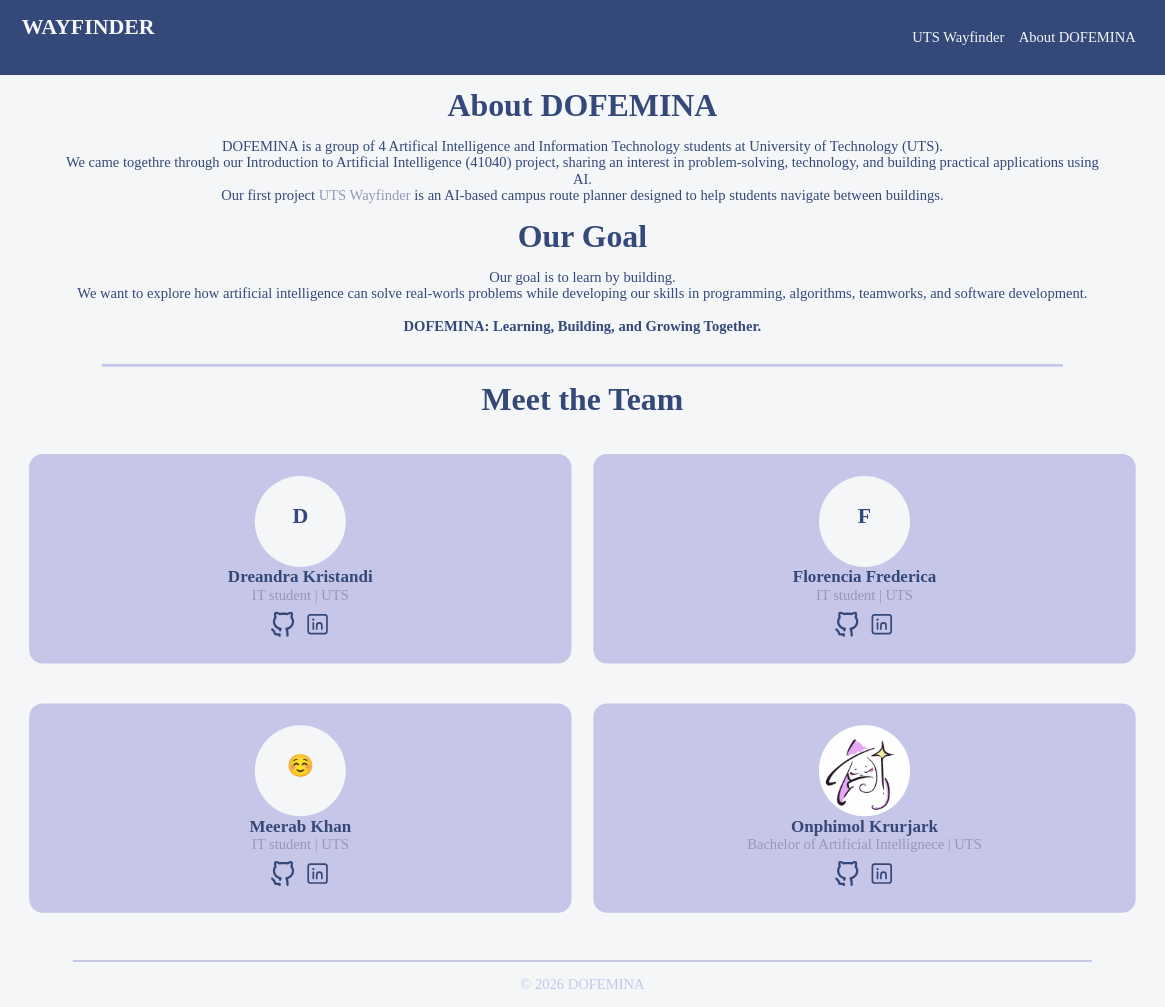
Repository: Meerab-K/uts-wayfinder
Page: html/about.html
The author's editor kept a copy of each file at every save. The page is drawn from the files as they stood at one save, then again after the next save.
The browser window is 1280 px wide. The pictures show the whole page, at 91% of full size.
Some web fonts or font styles are not loaded; a fallback is used.

Above is the page before, as saved 2026-10-19 22:18:48.

After the next save:
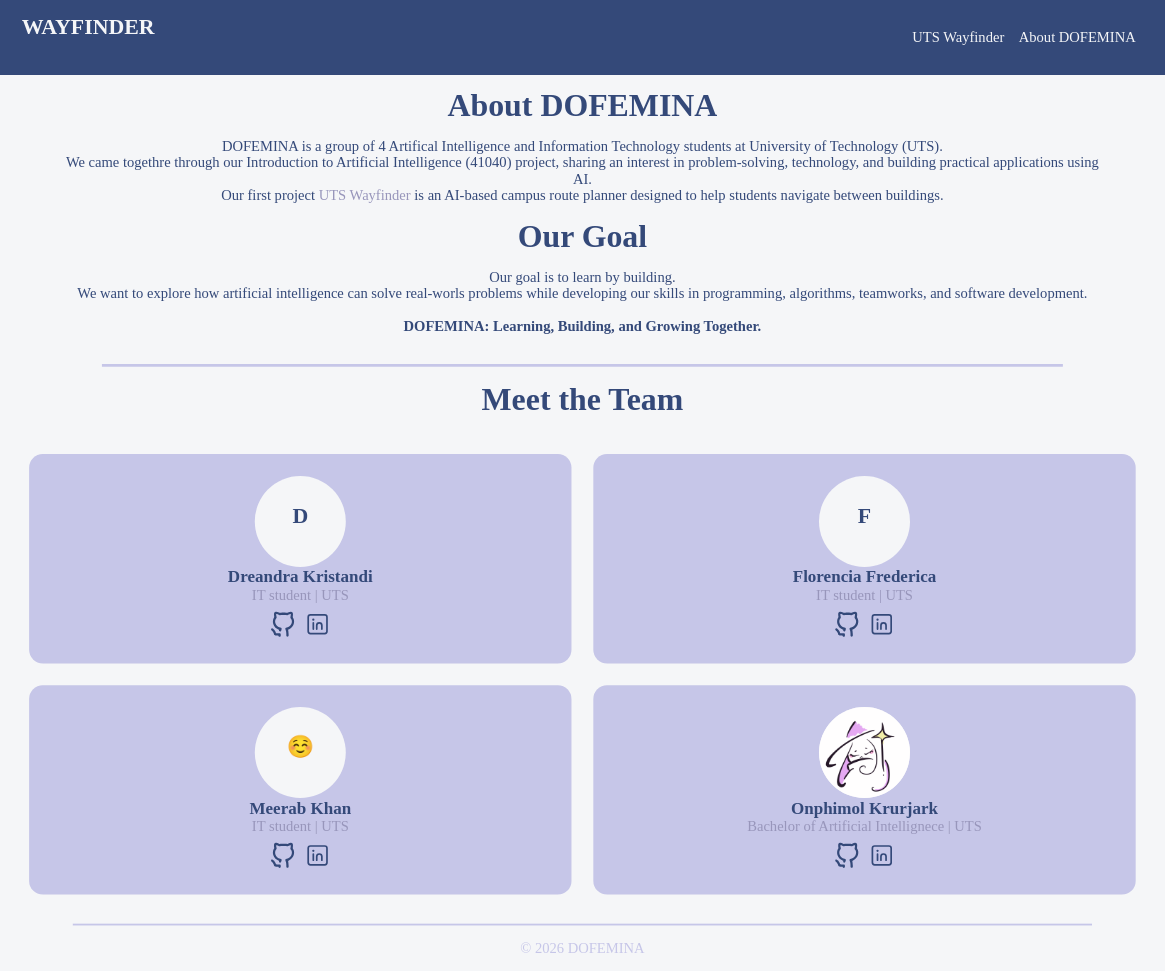
Saved 28 s later.
--- a/css/about.css
+++ b/css/about.css
@@ -40,7 +40,7 @@
     max-width: 600px;
     box-sizing: border-box;
 
-    margin: 0 auto 20px;
+    margin: 0 auto;
 
     display: flex;
     flex-direction: column;

After the save that followed:
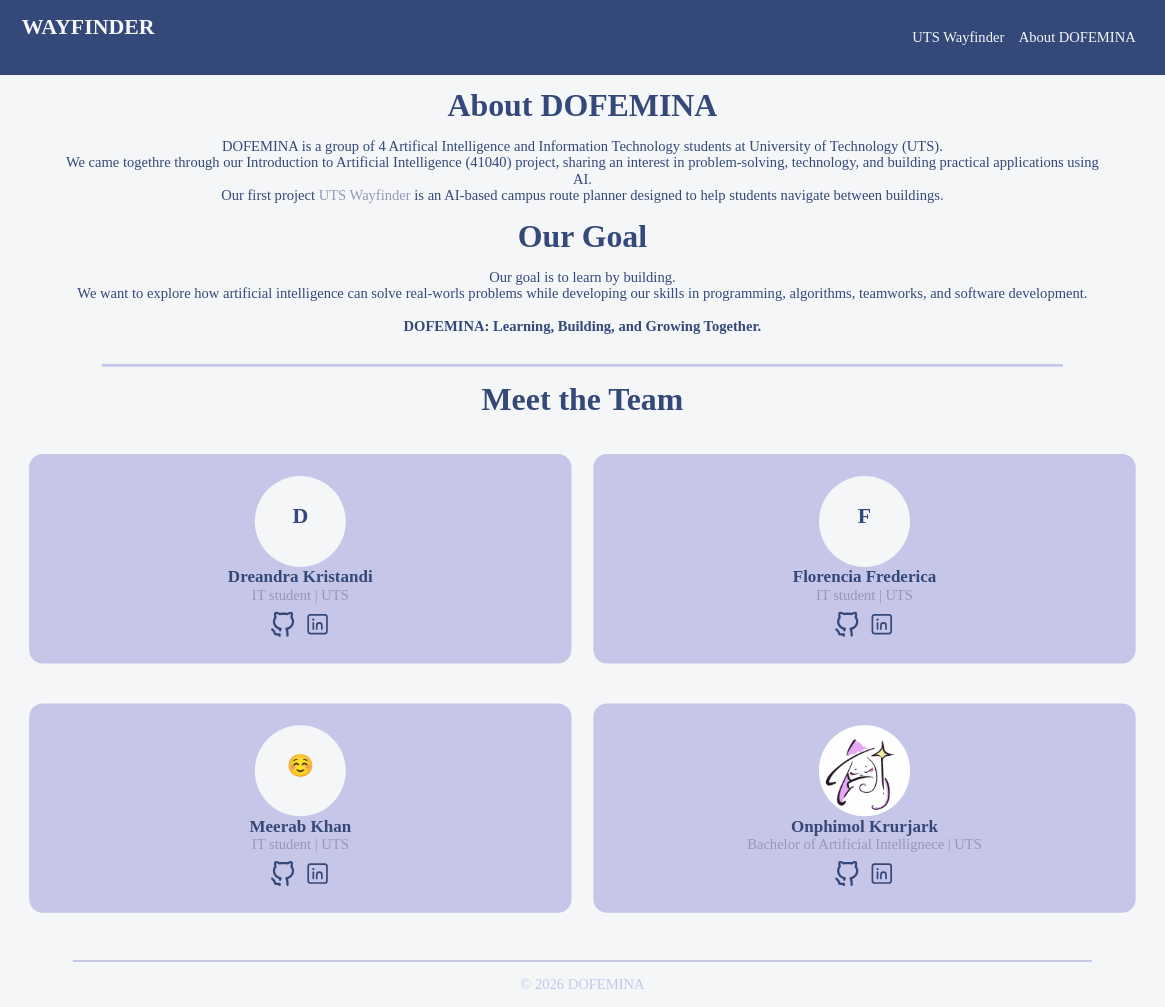
Saved 6 s later.
--- a/css/about.css
+++ b/css/about.css
@@ -40,7 +40,7 @@
     max-width: 600px;
     box-sizing: border-box;
 
-    margin: 0 auto;
+    margin: 0 auto 20px;
 
     display: flex;
     flex-direction: column;
